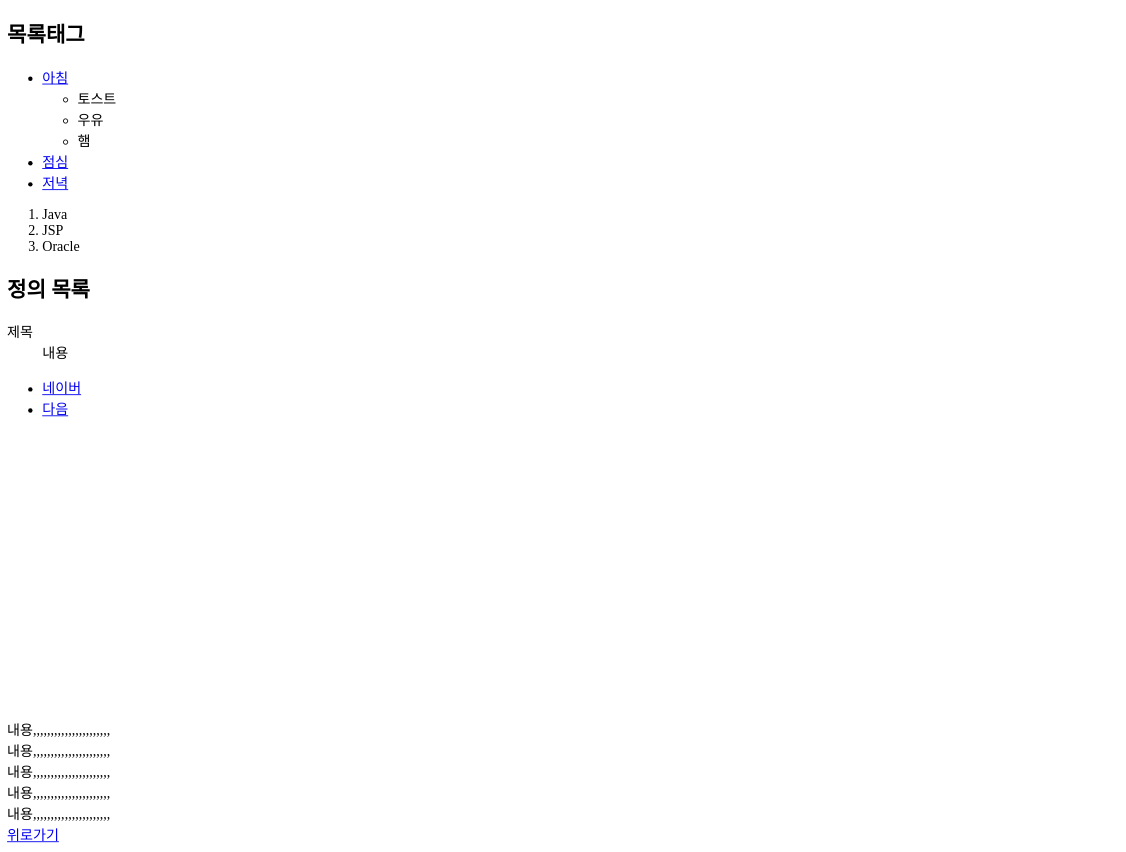
Repository: angelSuho/KCC_Learning_Repo
Page: Html/WebContent/list.html
The author's editor kept a copy of each file at every save. The page is drawn from the files as they stood at one save, then again after the next save.
The browser window is 1280 px wide. The pictures show the whole page, at 88% of full size.

Above is the page before, as saved 2024-07-08 03:05:27.

### Html/WebContent/list.html
<!DOCTYPE html>
<html>
<head>
<meta charset="UTF-8">
<title>Insert title here</title>
<style type='text/css'>
/*
	li {
		display: inline;
		padding: 5px 15px;
		border-left: 1px solid #000;
	}

	a {
		text-decoration: none;
		color: darkgreen;
		font-weight: bold;
		fint-size: 18px;
	}
*/
</style>
</head>
<body>
	<a id="top"></a>
	<h2>목록태그</h2>
	<ul>
		<li><a href="#">아침</a>
			<ul>
				<li>토스트</li>
				<li>우유</li>
				<li>햄</li>
			</ul>
		</li>
		<li><a href="#">점심</a></li>
		<li><a href="#">저녁</a></li>
	</ul>
	<ol>
		<li>Java</li>
		<li>JSP</li>
		<li>Oracle</li>
	</ol>

	<h2>정의 목록</h2>
	<dl>
		<dt>제목</dt>
		<dd>내용</dd>
	</dl>

	<ul>
		<li><a href="https://www.naver.com" target="_blank">네이버</a></li> <!-- 새 탭 -->
		<li><a href="https://www.daum.net" target="_self">다음</a></li> <!-- 현재 페이지 -->
	</ul>
	<br/><br/><br/><br/><br/><br/><br/><br/><br/>
	<br/><br/><br/><br/><br/><br/><br/><br/><br/>
	<div>내용,,,,,,,,,,,,,,,,,,,,,,</div>
	<div>내용,,,,,,,,,,,,,,,,,,,,,,</div>
	<div>내용,,,,,,,,,,,,,,,,,,,,,,</div>
	<div>내용,,,,,,,,,,,,,,,,,,,,,,</div>
	<div>내용,,,,,,,,,,,,,,,,,,,,,,</div>
	<a href="#top">위로가기</a>
</body>
</html>

After the next save:
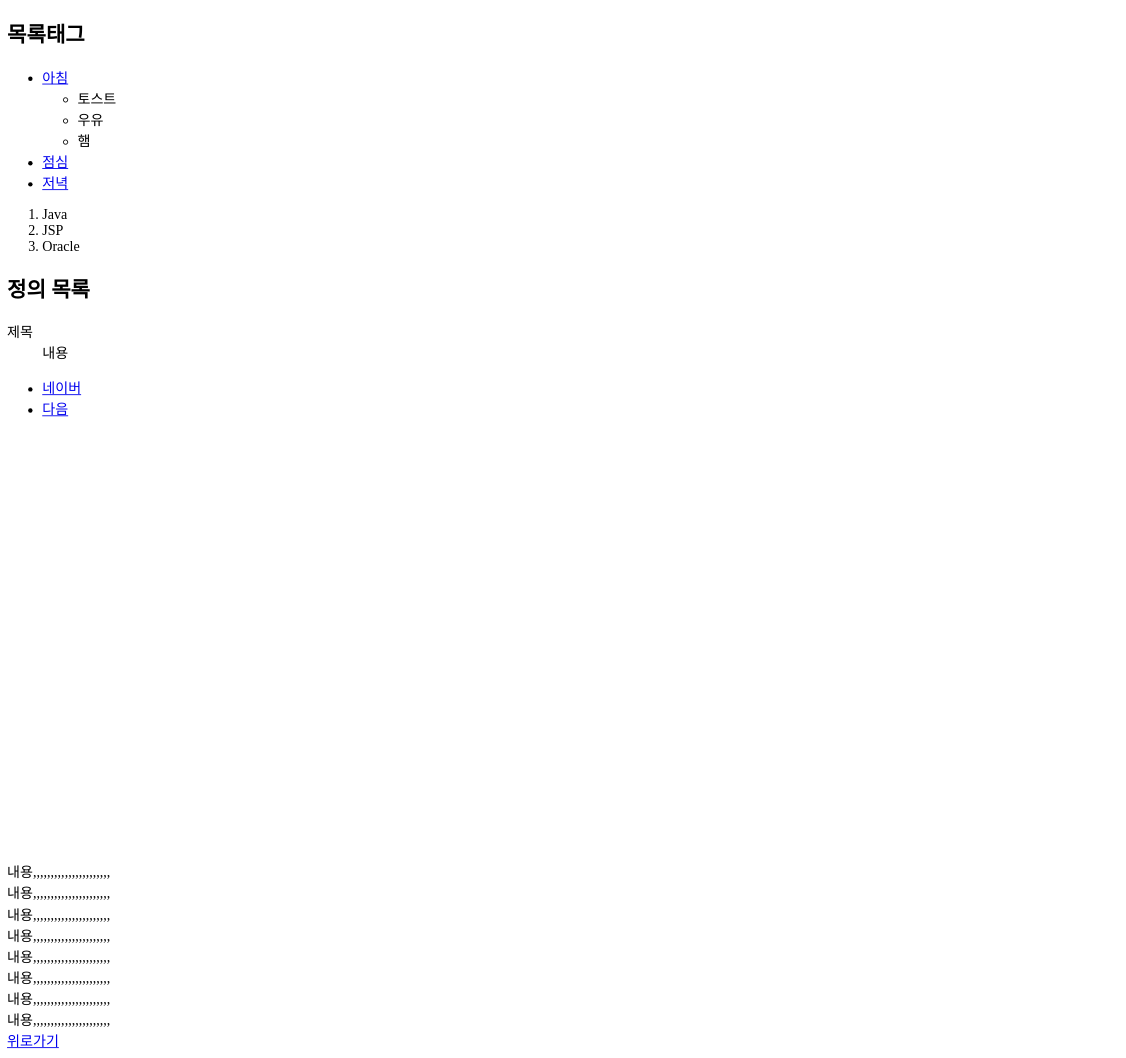
Saved 22 s later.
--- a/Html/WebContent/list.html
+++ b/Html/WebContent/list.html
@@ -52,6 +52,10 @@
 	</ul>
 	<br/><br/><br/><br/><br/><br/><br/><br/><br/>
 	<br/><br/><br/><br/><br/><br/><br/><br/><br/>
+	<br/><br/><br/><br/><br/><br/><br/><br/><br/>
+	<div>내용,,,,,,,,,,,,,,,,,,,,,,</div>
+	<div>내용,,,,,,,,,,,,,,,,,,,,,,</div>
+	<div>내용,,,,,,,,,,,,,,,,,,,,,,</div>
 	<div>내용,,,,,,,,,,,,,,,,,,,,,,</div>
 	<div>내용,,,,,,,,,,,,,,,,,,,,,,</div>
 	<div>내용,,,,,,,,,,,,,,,,,,,,,,</div>
